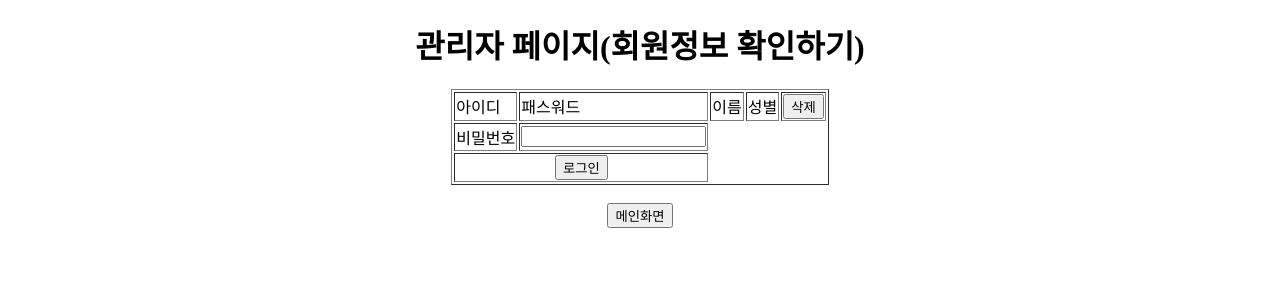
Repository: BEOMJINI/greenJsp
Page: http://localhost/basic/02.22/로그인구현실습/01_12_adminUserList.jsp
The author's editor kept a copy of each file at every save. The page is drawn from the files as they stood at one save, then again after the next save.
The browser window is 1280 px wide. The pictures show the whole page.
The page is served by Tomcat 9. Other server files are loaded and not shown.

Above is the page before, as saved 2023-02-22 03:37:12.

### jspWorkspace/basic/src/main/webapp/02.22/로그인구현실습/01_12_adminUserList.jsp
<%@ page language="java" contentType="text/html; charset=UTF-8"
    pageEncoding="UTF-8"%>
<!DOCTYPE html>
<html>
<head>
<meta charset="UTF-8">
<title>Insert title here</title>
</head>
<body>
<div align="center">
		<h1>관리자 페이지(회원정보 확인하기)</h1>
		<form method="post" action="01_13_adminUserDelete.jsp">
			<table border="1">
				<tr>
					<td>아이디</td>
					<td>패스워드</td>
					<td>이름</td>
					<td>성별</td>
					<td><button>삭제</button></td>
				</tr>
				<tr>
					<td>비밀번호</td>
					<td><input type="text" name="pw"></td>
				</tr>
				<tr>
				<td colspan="2" align="center">
				<button>로그인</button>
				</td>

				</tr>
			</table>
		</form>
		<br>
		<input type="button" value="메인화면" onclick="window.location.href='02_main.jsp'">
		<!--
		<a href="02_main.jsp"> 메인화면 </a>
		-->
	</div>
</body>
</html>

After the next save:
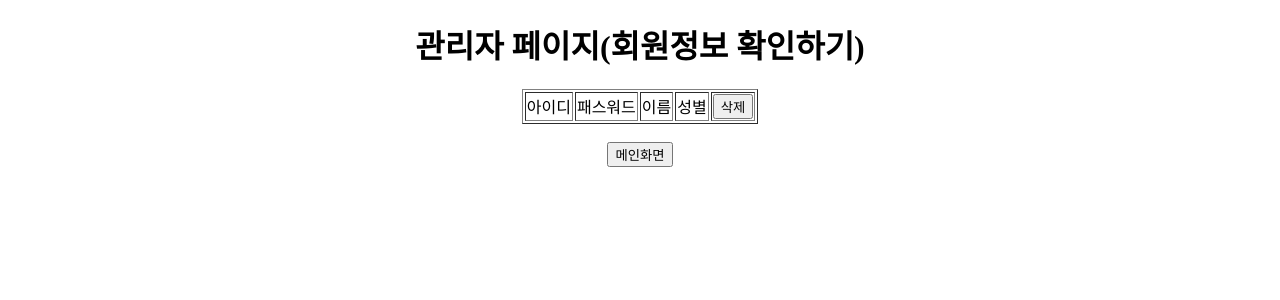
Saved 3 min 22 s later.
--- a/jspWorkspace/basic/src/main/webapp/02.22/로그인구현실습/01_12_adminUserList.jsp
+++ b/jspWorkspace/basic/src/main/webapp/02.22/로그인구현실습/01_12_adminUserList.jsp
@@ -7,6 +7,7 @@
 <title>Insert title here</title>
 </head>
 <body>
+
 <div align="center">
 		<h1>관리자 페이지(회원정보 확인하기)</h1>
 		<form method="post" action="01_13_adminUserDelete.jsp">
@@ -18,16 +19,7 @@
 					<td>성별</td>
 					<td><button>삭제</button></td>
 				</tr>
-				<tr>
-					<td>비밀번호</td>
-					<td><input type="text" name="pw"></td>
-				</tr>
-				<tr>
-				<td colspan="2" align="center">
-				<button>로그인</button>
-				</td>
 
-				</tr>
 			</table>
 		</form>
 		<br>
